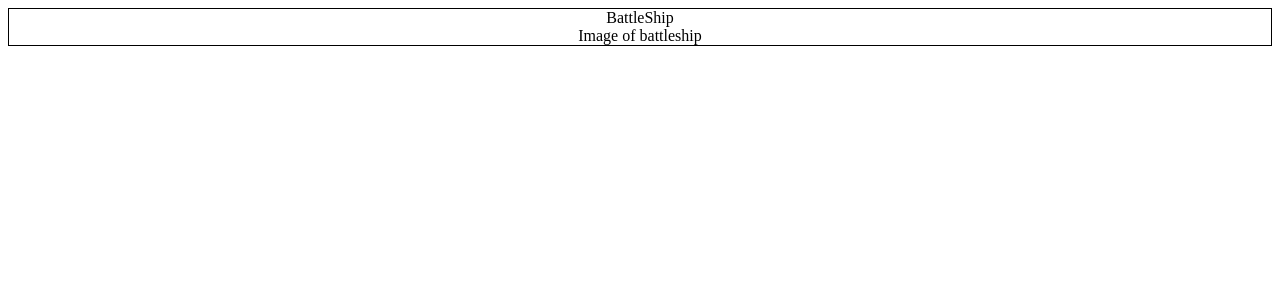
Repository: J-Haze/BattleshipApp
Page: /
The author's editor kept a copy of each file at every save. The page is drawn from the files as they stood at one save, then again after the next save.
The browser window is 1280 px wide. The pictures show the whole page.
The project was rebuilt for these pictures with package versions that can differ from the ones it lists, and the page was loaded fresh each time. Also part of the build but not shown: src/index.css.

Above is the page before, as saved 2020-09-15 08:55:48.

### src/App.js
import React from "react";
import "./App.css";
import Game from "./Components/Game";
import Header from "./Components/Header"
// import { ProgressPlugin } from "webpack";

//test

function App() {
  return (
    <div className="App">
      <Header />
      <Game />
    </div>
  );
}

export default App;

### src/App.css
/* test */

header {
    border: 1px solid black;

    display: flex;
    flex-direction: column;
    justify-content: center;
    align-items: center;

}

### src/Components/Game.js
import React from "react"
import shipFactory from "../factories/ship"
import gameboardFactory from "../factories/gameboard"
import player from "../factories/player"

function Game() {

    //Write logic that modertes the games (turns and GameOver etc.)

    //Return "Board" and other components, with state being passed into it (turn, coordinates, etc.)


    // const destroyer = shipFactory(2)
    // const cruiser = shipFactory(3)
    // const battleship = shipFactory(4)
    // const carrier = shipFactory(5)

    // //Start testing
    // console.log(destroyer.name)
    // console.log(destroyer.shipLength)
    // console.log(destroyer.ship)
    // console.log(destroyer.hit(1))

    // function sinkBattleship() {
    //     battleship.hit(0);
    //     battleship.hit(1);
    //     battleship.hit(2);
    //     battleship.hit(3);
    //     battleship.hit(4);
    //     console.log("Battleship Sunk?", (battleship.isSunk()))
    // };

    // function sinkCruiser() {
    //     cruiser.hit(1);
    //     console.log("Cruiser Sunk?", (cruiser.isSunk()))
    // };

    // sinkBattleship();
    // sinkCruiser();
    // //End Testing


    return (
        <div id="game">
            <div id="col-one">

            </div>
            <div id="col-one">

            </div>

        </div>
    )
}

export default Game;

### src/Components/Header.js
import React from "react"
import shipFactory from "../factories/ship"
import gameboardFactory from "../factories/gameboard"
import player from "../factories/player"


function Header() {
    return (
        <header>
            <div>BattleShip</div>
            <div> Image of battleship </div>
        </header>
    )
}


export default Header;

### src/factories/ship.js

const shipFactory = (shipLength) => {
    const shipNames = {
        1: 'Submarine',
        2: 'Destroyer',
        3: 'Cruiser',
        4: 'Battleship',
        5: 'Carrier',
    };

    const name = shipNames[shipLength];

    let ship = [];
    for (let i = 0; i < shipLength; i++) {
        ship.push([false, i, name])
    }

    let hit = (hitLocation) => {
        ship[hitLocation] = [true, hitLocation, name];
        console.log("Hit!", ship)
        console.log(`You've hit my ${name}`)
        // console.log("hits length", hit.length)
        // console.log("ship.length", ship.length)
        return ship
    }

    let isSunk = () => {
        let sunkStatus = false
        ship[0][0] == true ? sunkStatus = true : sunkStatus = false
        for (let square in ship) {
            console.log("ship:", ship)
            console.log(ship[square])
            sunkStatus = (ship[square][0] && sunkStatus)
        }
        // let sunkStatus = ship[0].every(Boolean);
        return sunkStatus
    }

    return {
        //id,
        name,
        shipLength,
        ship,
        hit,
        isSunk
    }
}

// const destroyer = shipFactory(2)
// const cruiser = shipFactory(3)
// const battleship = shipFactory(4)
// const carrier = shipFactory(5)

export default shipFactory;

//export default {shipFactory, destroyer, cruiser, battleship, carrier}

//Comment out with not testing
// module.exports = shipFactory;

### src/factories/gameboard.js
import shipFactory from "./ship"

const destroyer = shipFactory(2)
const submarine = shipFactory(3)
const cruiser = shipFactory(3)
const battleship = shipFactory(4)
const carrier = shipFactory(5)

const gameboardFactory = () => {
    let board = [];
    for (let a = 0; a <= 99; a++) {
        board.push(null)
    }
    // let boatsSunk = ["cruiser", "battleship", "carrier"];
    let boatsSunk = [];
    let allSunk = false;
    // let boatsPlaced = [];
    // let allPlaced = false;

    const placeShip = (shipName, shipLength, position, orient) => {
        //Checks for valid move
        let endPoint = 0;
        let closestEdge = 99;

        if (orient == "horizontal") {
            for (let b = position; b < (position + shipLength); b++) {
                if (board[b] != null) {
                    console.log("Illegal placement: ship already on square")
                    return board
                }
            };

            endPoint = ((position + shipLength - 1) / 10);
            closestEdge = ((Math.ceil(position / 10)) - 0.1);
        }

        if (orient == "vertical") {
            for (let c = position; c < (position + shipLength * 10); c += 10) {
                if (board[c] != null) {
                    console.log(`Illegal placement: ship already on square: ${c}`)
                    return board
                }
            };

            endPoint = ((position + ((shipLength - 1) * 10)));
            closestEdge = 99;
        }


        if ((endPoint > closestEdge)) {
            console.log("Illegal placement: over edge of board")
            return board
        }

        //Places the ship
        for (let square in board) {
            if ((position == square && (orient == "horizontal"))) {
                for (let z = position; z < (position + shipLength); z++) {
                    board.splice(z, 1, shipName.ship[z - position])
                }
                // console.log("HERE", shipName.ship)
                // boatsPlaced.push(shipName)
            } else if ((position == square && (orient == "vertical"))) {
                for (let z = position; z < (position + shipLength * 10); z += 10) {
                    // let w = Math.round(z/10)
                    console.log(z)
                    board.splice(z, 1, shipName.ship[(z - position) / 10])
                }
            }
        }
        console.log({ board })
        return board
    }

    const receiveAttack = (attackPosition) => {
        let attackID = board[attackPosition];

        //Change to if (board[attackPosition] != "false")
        if (board[attackPosition] == null) {
            console.log("Attack missed")
            board[attackPosition] = "miss";
            console.log("New Board:", { board })
            return
        }

        if ((attackID[0] == true) || (board[attackPosition] == "miss")) {
            console.log("Already guessed this position")
            return
        }

        if (attackID[0] == false) {
            console.log("Receive Attack hit!")
            let hitLocation = attackID[1];
            let boatHitString = attackID[2];
            let boatHit = "";

            if (boatHitString == "Carrier") {
                boatHit = carrier;
            } else if (boatHitString == "Battleship") {
                boatHit = battleship;
            } else if (boatHitString == "Cruiser") {
                boatHit = cruiser;
            } else if (boatHitString == "Destroyer") {
                boatHit = destroyer;
            } else if (boatHitString == "Submarine") {
                boatHit = submarine;
            }

            console.log({ boatHit })

            boatHit.hit(hitLocation);
            board[attackPosition][0] = true;

            console.log("isSunk?", boatHit.isSunk())

            if (boatHit.isSunk()) {
                console.log(`Player's ${boatHitString} is sunk!`)
                //change all squares in boatHit from "hit" to "sunk"?
                //Or just have a pop up (i think the board game doesn't change to "sunk")
                boatsSunk.push(boatHitString)
                console.log({ boatsSunk })
            }

            if (boatsSunk.length > 4) {
                allSunk = true;
                console.log("ALL BOATS SUNK")
            }

            console.log("everyBoolean:", boatHit.ship[0])
            console.log("New Board:", { board })
            console.log("New Ship:", { boatHit })
        }
        return {
            board
        }

    }

    return {
        board,
        placeShip,
        // allPlaced,
        receiveAttack,
        allSunk
    }
}



export default gameboardFactory;

### src/factories/player.js
import shipFactory from "./ship"
import gameboardFactory from "./gameboard"

const player = (playerName) => {
    // const submarine = shipFactory(1)
    // const destroyer = shipFactory(2)
    // const cruiser = shipFactory(3)
    // const battleship = shipFactory(4)
    // const carrier = shipFactory(5)
    const gameboard = gameboardFactory();
    let attackCoord = 100;
    let index = 100;

    const squaresToGuess = [];

    for (let i = 0; i <= 99; i++) {
        squaresToGuess.push(i);
    }
    // console.log(squaresToGuess)

    //Randomly sends an attack
    const sendAttack = (coord) => {
        // if (playerName == "Computer") {
        // }

        if (playerName == "Player One") {
            attackCoord = coord;
            index = squaresToGuess.indexOf(attackCoord);
            squaresToGuess.splice(index, 1);
        } else {
            console.log("s2g", squaresToGuess.length - 1)
            attackCoord = Math.floor(Math.random() * (squaresToGuess.length - 1));
            index = squaresToGuess.indexOf(attackCoord);
            squaresToGuess.splice(index, 1);
        }

        console.log({ attackCoord })
        console.log("squares to guess:", squaresToGuess)
        return attackCoord
    }



    //send attack will take coordinates and "send an attack" to the OPPOSING board
    //Need to make sure it has an array of 0-99 and takes away the guessed numbers from that array.
    //random between 0 and array.length

    return {
        gameboard,
        squaresToGuess,
        sendAttack
    }
}

const playerOne = player("Player One");
const computer = player("Computer")
console.log(playerOne.squaresToGuess)

//    playerOne.gameboard.placeShip(carrier, 5, 23, "horizontal")


// gameboard.placeShip(battleship, 4, 11, "vertical");
// gameboard.placeShip(cruiser, 3, 82, "horizontal");

// gameboard.placeShip(destroyer, 2, 6, "horizontal");
// gameboard.placeShip(submarine, 1, 19, "horizontal");

// //random attacks
// gameboard.receiveAttack(2, 4);
// gameboard.receiveAttack(1, 2);
// gameboard.receiveAttack(2, 1);

// //Sinks destroyer
// gameboard.receiveAttack(0, 6);
// gameboard.receiveAttack(0, 7);
// // gameboard_1.receiveAttack(0, 7);



computer.gameboard.receiveAttack(playerOne.sendAttack(2))
playerOne.gameboard.receiveAttack(computer.sendAttack(2))

// playerOne.sendAttack()
// playerOne.sendAttack()


// const computer = player("Computer")



export default player;

Loaded but not shown: public/index.html (common file); src/index.js (common file); src/serviceWorker.js (common file)

After the next save:
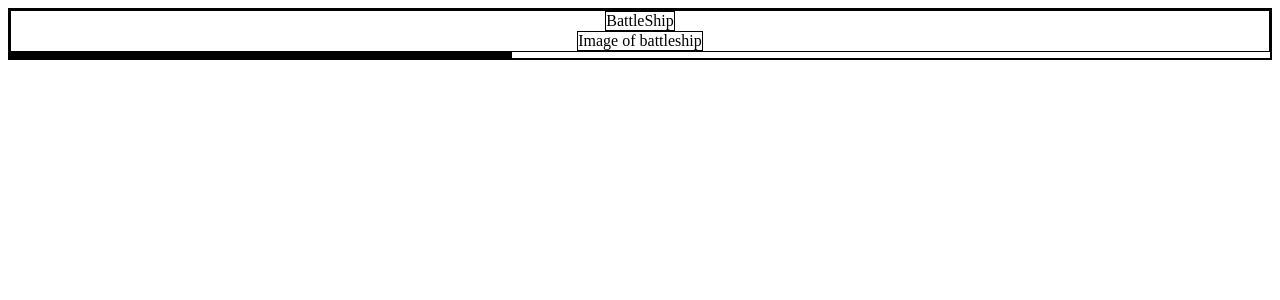
Saved 66 s later.
--- a/src/App.css
+++ b/src/App.css
@@ -1,4 +1,8 @@
 /* test */
+:root{
+    --black: #1B262C;
+}
+
 
 header {
     border: 1px solid black;
@@ -9,3 +13,11 @@ header {
     align-items: center;
 
 }
+
+div {
+    border: 1px solid black;
+}
+
+#game{
+    width: 500px;
+}
